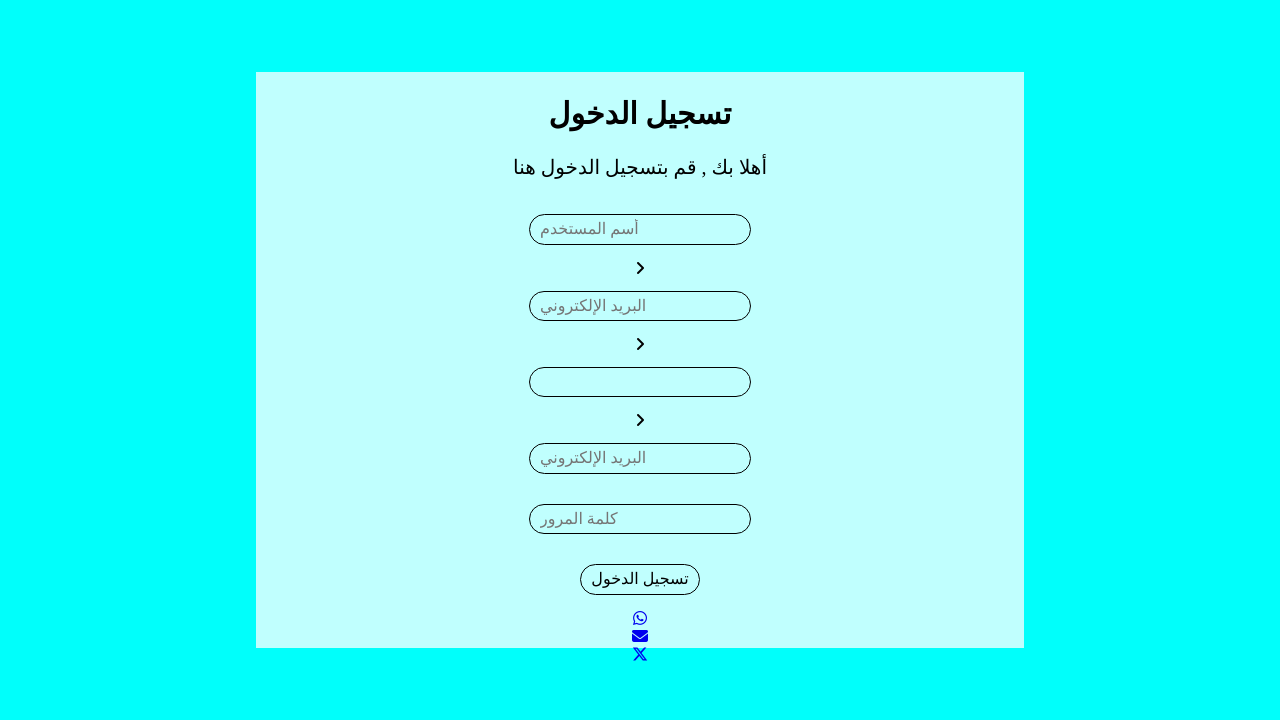
Repository: FaisalFahed/login-page
Page: html/صفحة تسجيل دخول.html
The author's editor kept a copy of each file at every save. The page is drawn from the files as they stood at one save, then again after a run of saves.
The browser window is 1280 px wide. The pictures show the whole page.
Some web fonts or font styles are not loaded; a fallback is used.

Above is the page before, as saved 2025-04-01 08:34:28.

After the next 2 saves:
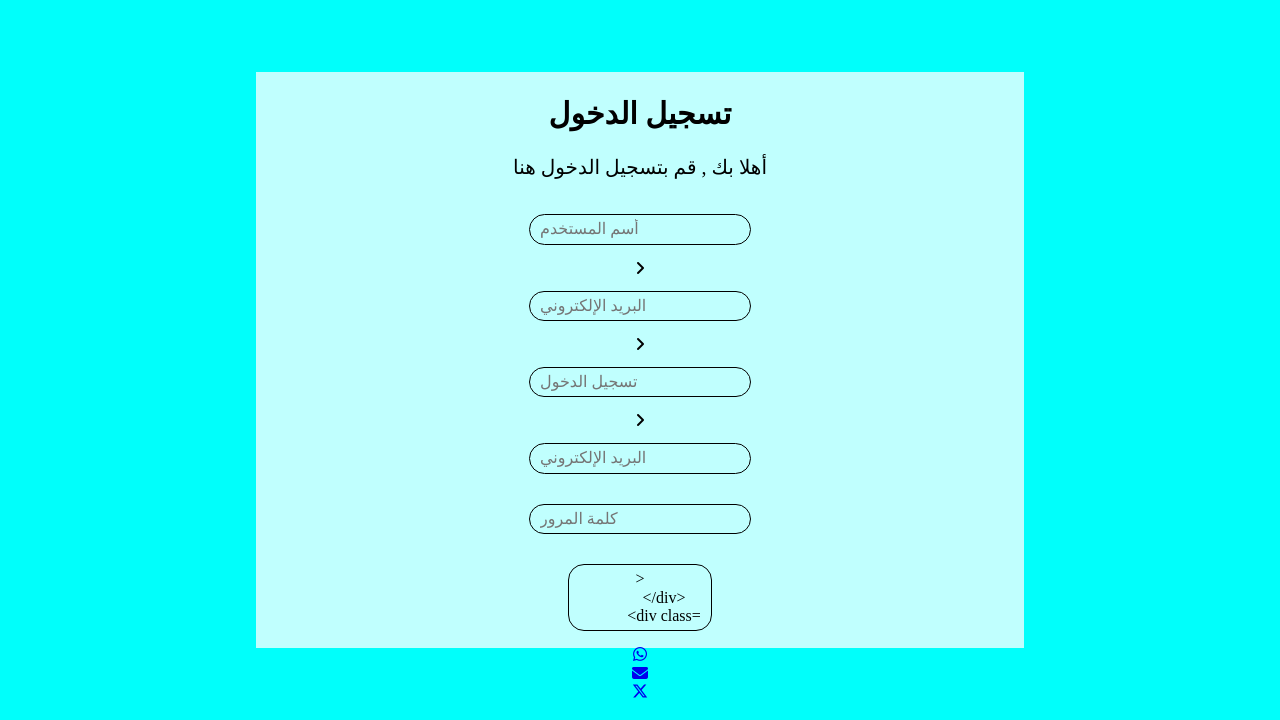
The 2 saves are shown as one change because they came seconds apart.
The last was saved 10 s later.
--- a/html/صفحة تسجيل دخول.html
+++ b/html/صفحة تسجيل دخول.html
@@ -22,10 +22,10 @@
             <div class="log-in">
                 <input type="text" placeholder="أسم المستخدم"><i class="fa-solid fa-angle-right"></i></input>
                 <input type="text" placeholder="البريد الإلكتروني"><i class="fa-solid fa-angle-right"></i></input>
-                <input type="text" placeholder=""><i class="fa-solid fa-angle-right"></i></input>
+                <input type="text" placeholder="تسجيل الدخول"><i class="fa-solid fa-angle-right"></i></input>
                 <input type="email" placeholder="البريد الإلكتروني">
                 <input type="password" placeholder="كلمة المرور">
-                <input type="submit" value="تسجيل الدخول">
+                <input type="submit" value=">
             </div>
             <div class="icons">
                 <ul>
